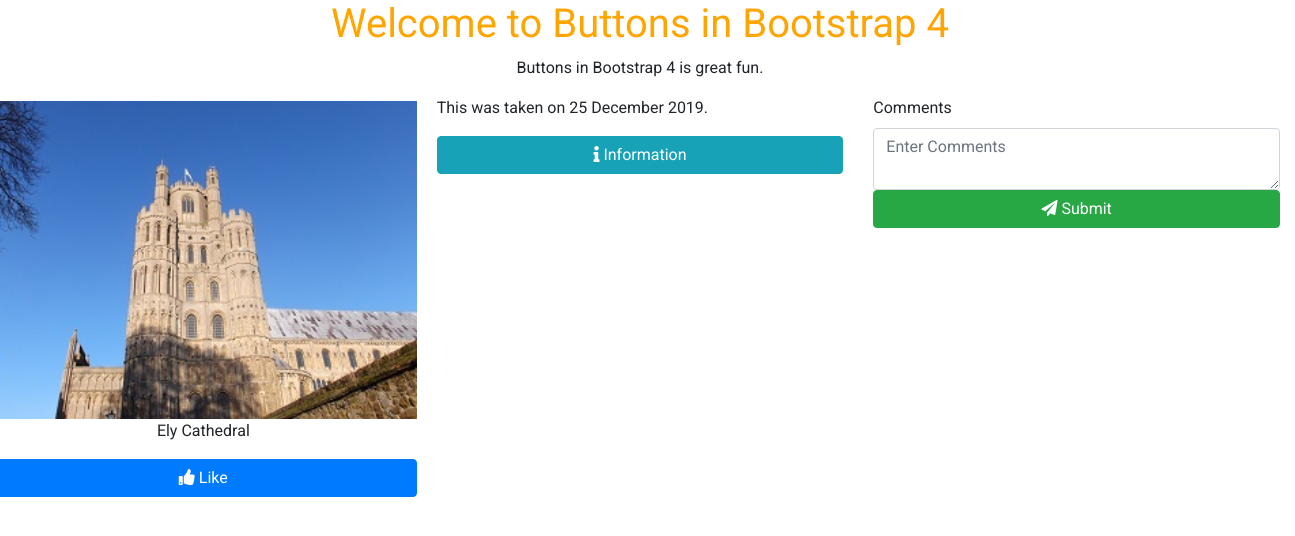
Repository: derektypist/buttons-in-bootstrap-4
Page: index.html
The author's editor kept a record of every edit. The page is drawn from the files as they stood at one moment, then again after the next edit.
The browser window is 1280 px wide. The page is 1295 px wide, so the pictures cover 1295 px, including what lies to the right of the window. The pictures show the whole page.
Some web libraries are served in a nearby version.

Above is the page before.

After the next edit:
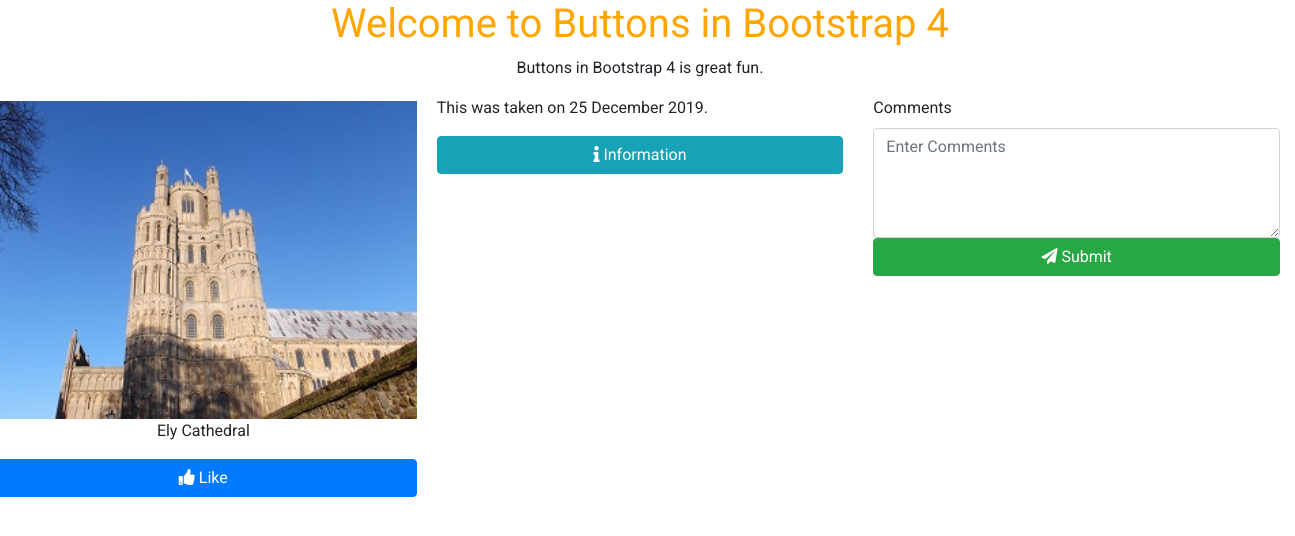
The edit:
--- a/index.html
+++ b/index.html
@@ -44,7 +44,7 @@
                 <!-- Set Up Form for Comments -->
                 <form>
                     <label for="comments">Comments</label>
-                    <textarea class="form-control" placeholder="Enter Comments" id="comments"></textarea>
+                    <textarea class="form-control" placeholder="Enter Comments" rows="4" id="comments"></textarea>
                     <button type="submit" class="btn btn-success btn-block"><i class="fa fa-paper-plane"></i> Submit</button>
                 </form>
             </article>
